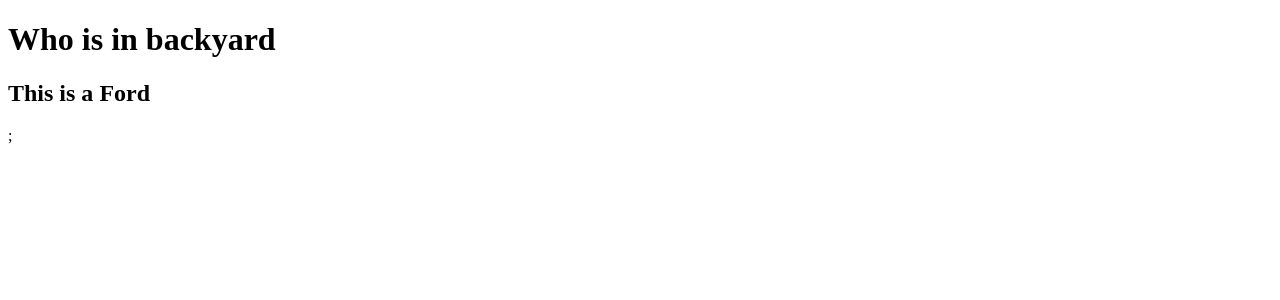
Repository: kenyi-mic/ugv-celender-ui
Page: /
An editor plug-in stored every save of this project. The page is shown before and after the next save, followed by the edit.
The browser window is 1280 px wide. The pictures show the whole page.
The project was rebuilt for these pictures with package versions that can differ from the ones it lists, and the page was loaded fresh each time.

Above is the page before, as saved 2021-06-14 10:46:10.

After the next save:
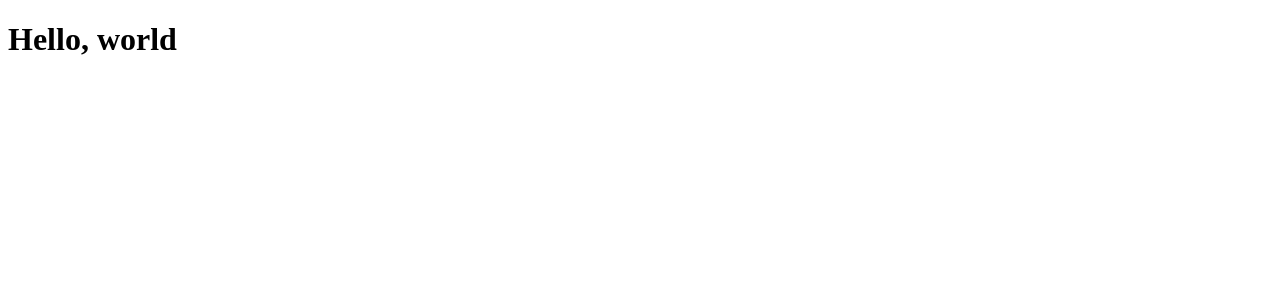
Saved 14 days later.
--- a/src/index.js
+++ b/src/index.js
@@ -2,24 +2,15 @@
 import ReactDOM from "react-dom";
 //import 'bootstrap/dist/css/bootstrap.min.css';
 
-class Car extends Component {
+class Index extends Component {
   state = {};
   render() {
-    return <h2>This is a {this.props.brand}</h2>;
-  }
-}
-
-class Garage extends Component {
-  state = {};
-  render() {
-    const carname = "Ford";
     return (
       <div>
-        <h1>Who is in backyard</h1>
-        <Car brand={carname} />;
+        <h1 className="h1">Hello, world</h1>
       </div>
     );
   }
 }
 
-ReactDOM.render(<Garage />, document.getElementById("root"));
+ReactDOM.render(<Index />, document.getElementById("root"));
